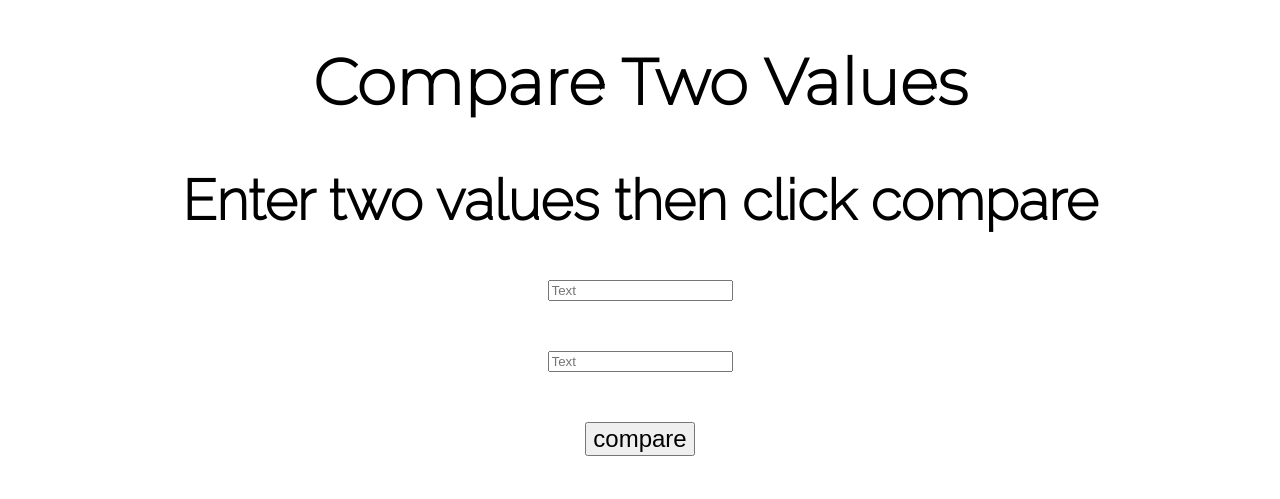
Repository: thecptwaffles/compareWebApp
Page: index.html
The author's editor kept a copy of each file at every save. The page is drawn from the files as they stood at one save, then again after the next save.
The browser window is 1280 px wide. The pictures show the whole page.

Above is the page before, as saved 2022-10-05 18:48:43.

After the next save:
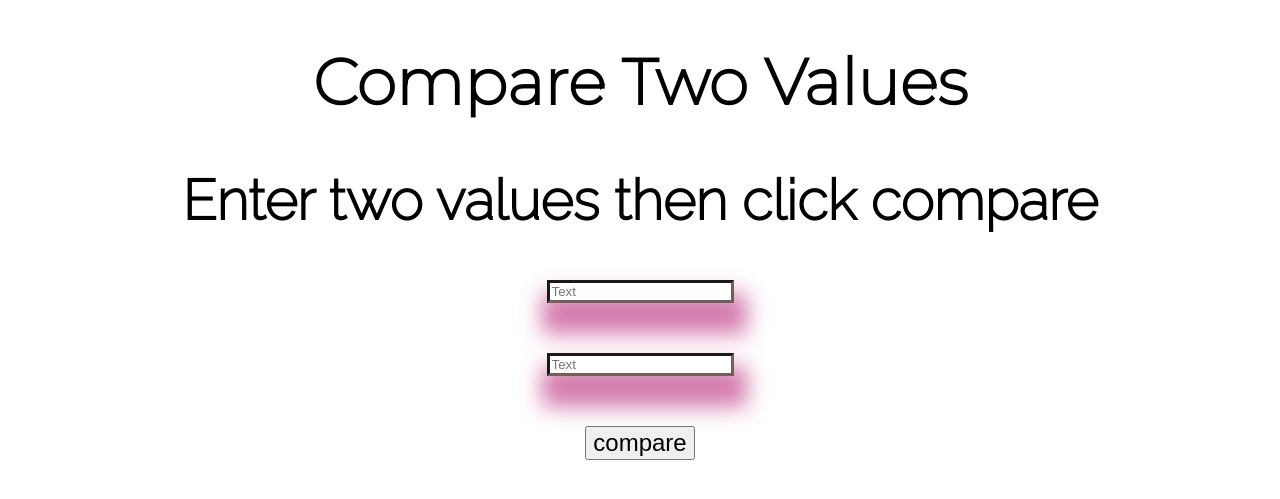
Saved 6 min 51 s later.
--- a/style.css
+++ b/style.css
@@ -20,6 +20,14 @@ h2 {
     font-family: var(--sec-font);
 }
 
+input {
+    border-color: var(--thrdClr);
+    border-width: 3px;
+    box-shadow: 4px 22px 21px 9px rgba(176, 11, 105, 0.54);
+    -webkit-box-shadow: 4px 22px 21px 9px rgba(176, 11, 105, 0.54);
+    -moz-box-shadow: 4px 22px 21px 9px rgba(176, 11, 105, 0.54);
+}
+
 .inputs {
     display: flex;
     align-items: center;
